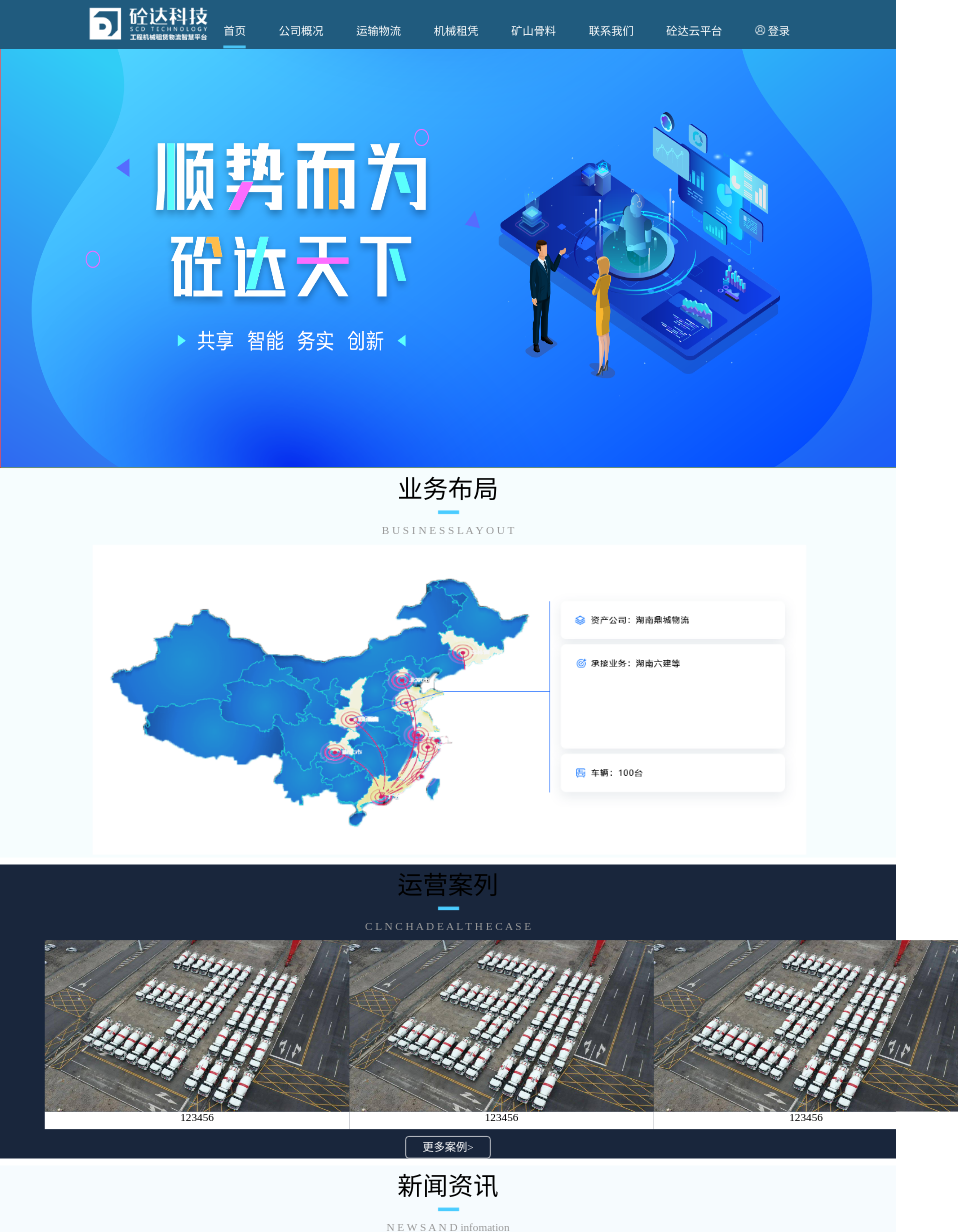
Repository: nzrdjdj/nzrdjdj.github.io
Page: index.html
An editor plug-in stored every save of this project. The page is shown before and after a run of saves, followed by the edit.
The browser window is 1280 px wide. The page is 1369 px wide, so the pictures cover 1369 px, including what lies to the right of the window. The pictures show the part of the page from y = 0 to 1760 px (the page is 2705 px tall before and 1447 px after), at 70% of full size.

Above is the page before, as saved 2021-10-09 09:44:03.

After the next 2 saves:
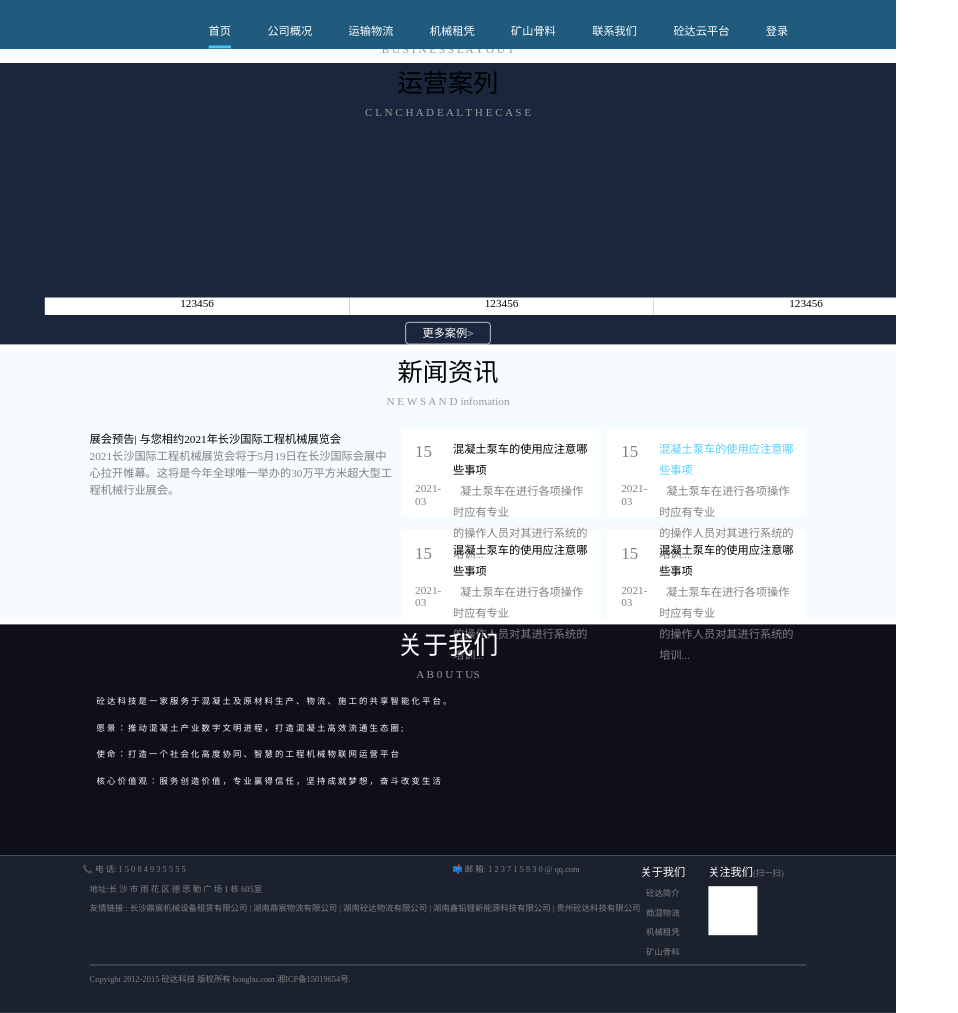
The 2 saves are shown as one change because they came seconds apart.
The last was saved 7 s later.
--- a/index.html
+++ b/index.html
@@ -7,7 +7,7 @@
     <meta name="viewport" content="width=device-width, initial-scale=1.0">
     <title>首页</title>
     <link rel="stylesheet" href="./css/index.css">
-    <link rel="stylesheet" href="">
+    <link rel="stylesheet" href="./css/lunbo.css">
 </head>
 
 <script>

After the 2 saves that followed:
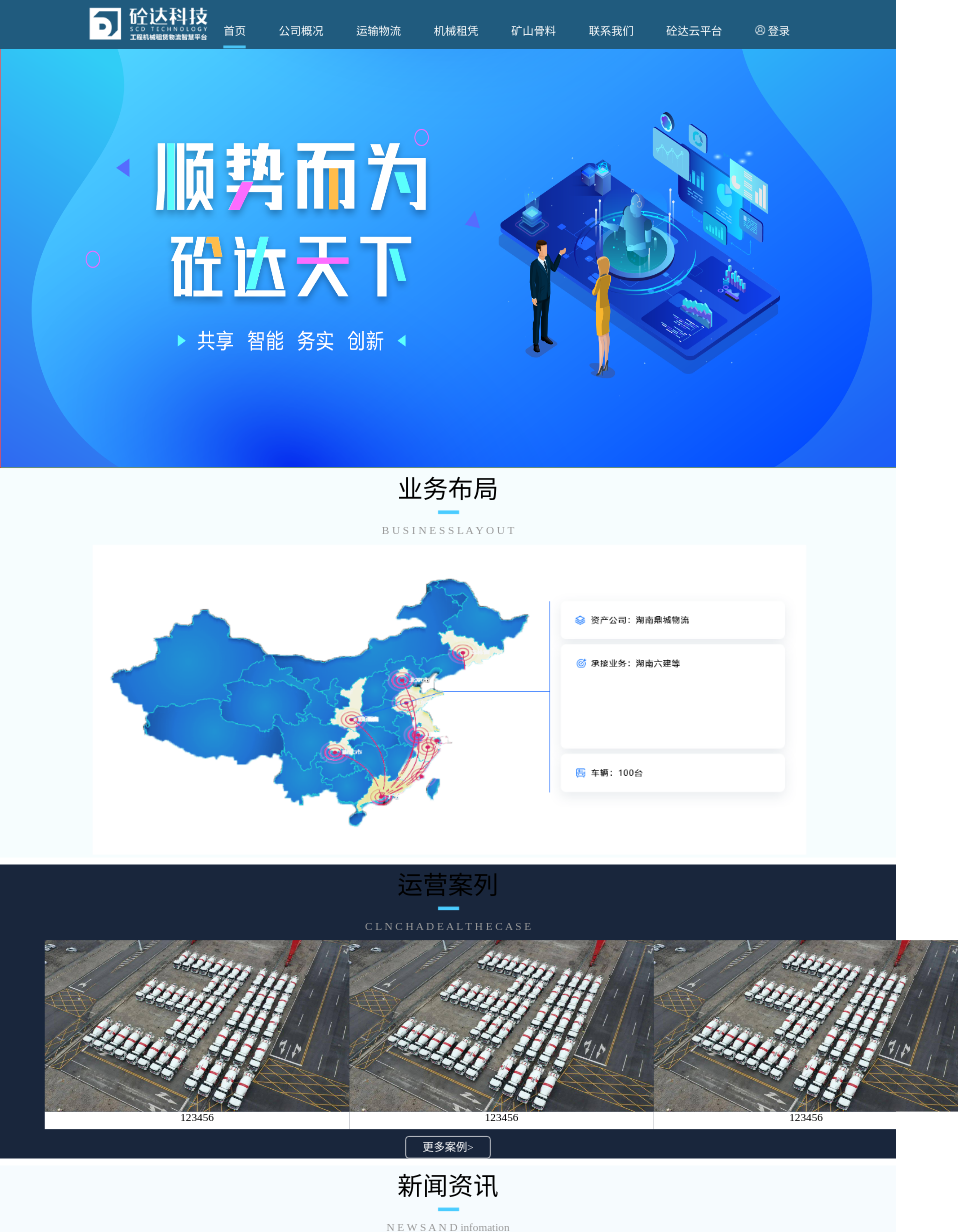
The 2 saves are shown as one change because they came seconds apart.
The last was saved 42 s later.
--- a/css/lunbo.css
+++ b/css/lunbo.css
@@ -1,4 +1,4 @@
-img {
+#lu'nü'oimg {
     width: 500px;
     position: absolute;
     display: none;
